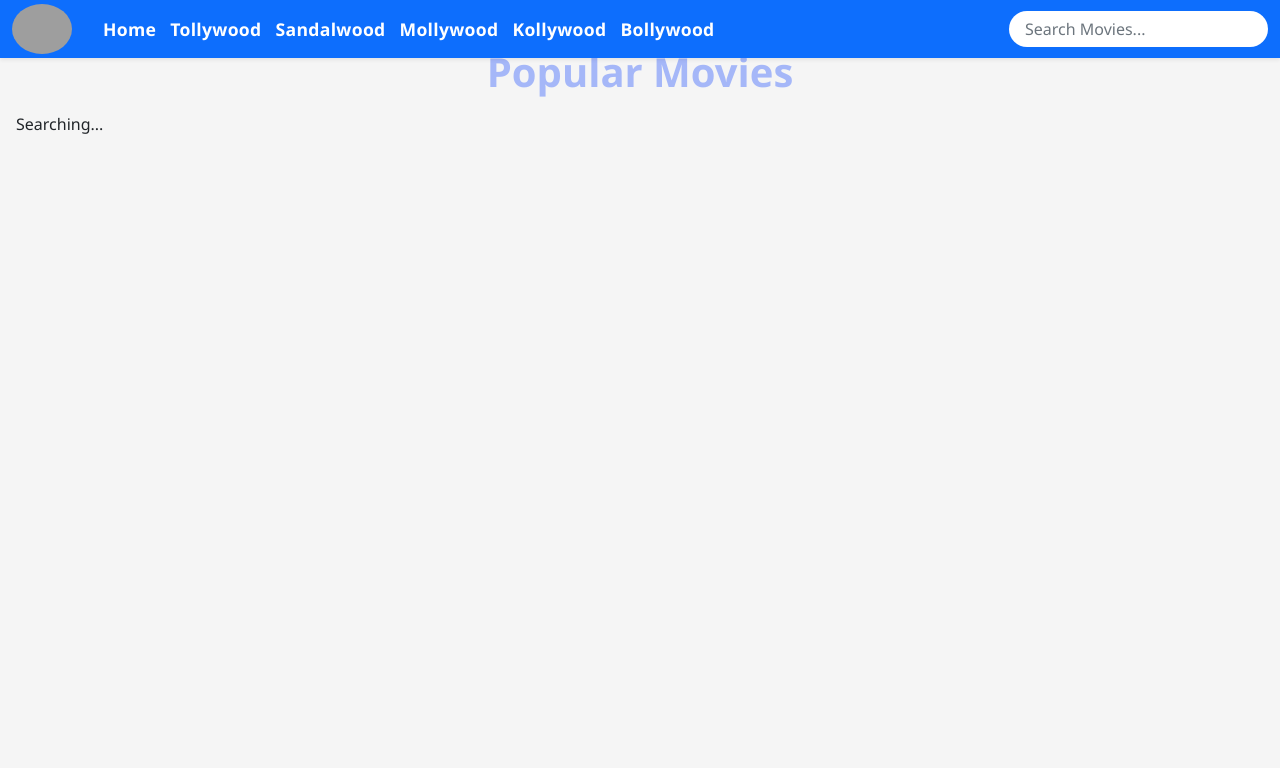
Repository: chandu7777158/Movies_spot
Page: /
An editor plug-in stored every save of this project. The page is shown before and after the next save, followed by the edit.
The browser window is 1280 px wide. The pictures show the whole page.
Pictures or frames that could not be fetched are drawn as grey boxes. The page's requests for data from a server got no answer. The project was rebuilt for these pictures with package versions that can differ from the ones it lists, and the page was loaded fresh each time. No one was signed in, and anything a server would have sent is missing. Also part of the build but not shown: vite.config.js, src/components/MovieCard.jsx.

Above is the page before, as saved 2026-01-28 14:19:27.

After the next save:
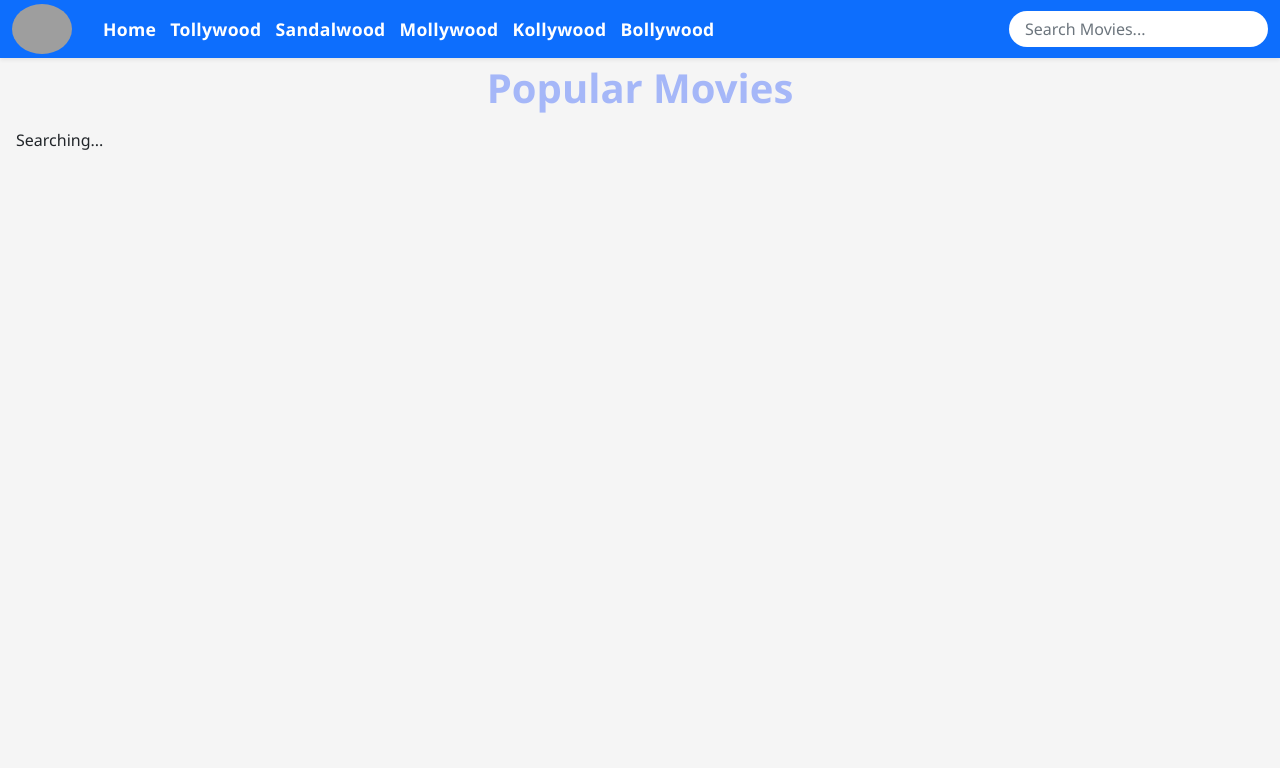
Saved 4 s later.
--- a/src/App.jsx
+++ b/src/App.jsx
@@ -7,7 +7,7 @@ function App() {
   return (
     <Router>
       <Navbar />
-      <main className="mt-5 pt-0">
+      <main className="mt-5 pt-3">
         <Routes>
           <Route path="/" element={<MoviePage category="popular" />} />
           <Route path="/tollywood" element={<MoviePage category="tollywood" />} />
